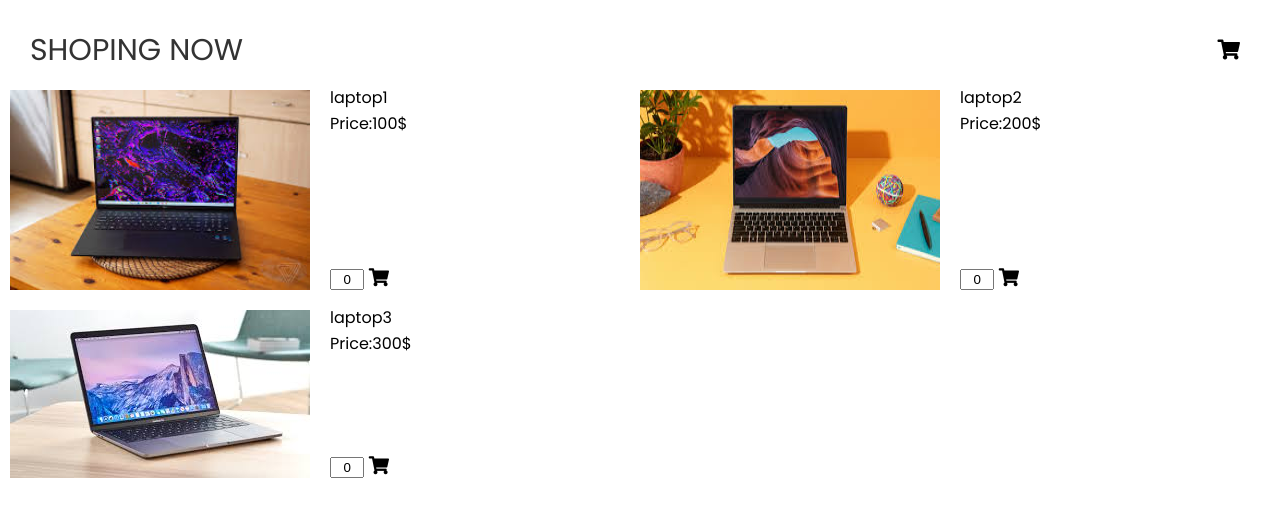
Repository: nttthao9/shopingcart
Page: index.html
These files come from the project's save history. The page is drawn as it stood at one moment and after the next save; the edit follows.
The browser window is 1280 px wide. The pictures show the whole page.
Some web libraries are served in a nearby version.

Above is the page before, as saved 2021-10-04 14:48:43.

### index.html
<!DOCTYPE html>
<html lang="en">

<head>
  <meta charset="UTF-8">
  <meta http-equiv="X-UA-Compatible" content="IE=edge">
  <meta name="viewport" content="width=device-width, initial-scale=1.0">
  <title>Shoping Cart</title>
  <link rel="preconnect" href="https://fonts.googleapis.com">
  <link rel="preconnect" href="https://fonts.gstatic.com" crossorigin>
  <link href="https://fonts.googleapis.com/css2?family=Poppins:wght@300;400;500;600&display=swap" rel="stylesheet">
  <link rel="stylesheet" href="https://cdnjs.cloudflare.com/ajax/libs/font-awesome/5.1.0-11/css/all.css"
    integrity="sha512-xO/VZFNBvip9IT+BD6Nq/pHdBvKeFcwygKqARlegjQ+5A68KsMSYrPbGP1oYow5ec9Tqq8peJXcn5J1bD4O00w=="
    crossorigin="anonymous" referrerpolicy="no-referrer" />
  <link rel="stylesheet" href="./styles/reset.css">
  <link rel="stylesheet" href="./styles/style.css">
</head>

<body>
  <div class="shoping">
    <div class="shoping-bar">
      <h2 class="shoping-title">Shoping now</h2>
      <div class="shoping-cart">
        <i class="fas fa-shopping-cart"></i>
      </div>
    </div>
    <div class="product-list">
      <!-- <div class="product-item">
        <img src="./images/laptop1.jpg" alt="" class="product-image">
        <div class="product-desc">
          <span class="product-name">Laptop1</span>
          <span>Price:<span class="product-price">100$</span></span>
          <div class="product-buy">
            <input type="number" name="" id="" class="product-count" value="0" min="0">
            <i class="fas fa-shopping-cart cart-icon"></i>
          </div>
        </div>
      </div> -->
    </div>
  </div>
  <script src="./main.js"></script>
</body>

</html>

### styles/style.css
* {
  box-sizing: border-box;
}
html {
  font-size: 62.5%;
}
image {
  display: block;
  max-width: 100%;
}
input::-webkit-outer-spin-button,
input::-webkit-inner-spin-button {
  -webkit-appearance: none;
  margin: 0;
}
input[type='number'] {
  -moz-appearance: textfield;
}
body {
  font-family: 'Poppins', sans-serif;
  line-height: 1;
  font-size: 1.6rem;
}
.shoping {
  padding: 1rem;
}
.shoping-bar {
  display: flex;
  align-items: center;
  justify-content: space-between;
  padding: 2rem;
}
.shoping-title {
  font-size: 3rem;
  color: #333;
  text-transform: uppercase;
}
.shoping-cart {
  font-size: 2rem;
  padding: 1rem;
  cursor: pointer;
}
.product-list {
  display: flex;
  justify-content: space-between;
  flex-wrap: wrap;
}
.product-item {
  width: 50%;
  display: flex;
  margin-bottom: 2rem;
}
.product-name {
  display: block;
  margin-bottom: 1rem;
}
.product-price {
  display: inline-block;
  margin-bottom: 1rem;
}
.product-desc {
  margin-left: 2rem;
  display: flex;
  flex-direction: column;
}
.product-count {
  width: 15%;
  text-align: center;
}
.product-buy {
  margin-top: auto;
}
.cart-icon {
  display: inline-block;
  font-size: 1.8rem;
  cursor: pointer;
  margin-right: 2rem;
}
.product-image {
  width: 30rem;
  overflow: hidden;
}

### main.js
const listItem = [
  {
    id: 1,
    name: 'laptop1',
    image: './images/laptop1.jpg',
    price: 100,
  },
  {
    id: 2,
    name: 'laptop2',
    image: './images/laptop2.jpg',
    price: 200,
  },
  {
    id: 3,
    name: 'laptop3',
    image: './images/laptop3.jpg',
    price: 300,
  },
];

const nameProduct = listItem.map((item) => Object.values(item));
console.log(nameProduct);
window.addEventListener('load', function () {
  const productList = document.querySelector('.product-list');
  const productId = listItem.map((item) => item.id);
  console.log(productId);
  const productName = listItem.map((item) => item.name);
  console.log(productName);
  const productPrice = listItem.map((item) => item.price);
  console.log(productPrice);
  function createProductItem(name, productName, productPrice) {
    const template = `<div class="product-item">
    <img src="./images/${name}.jpg" alt="" class="product-image">
    <div class="product-desc">
      <span class="product-name">${productName}</span>
      <span>Price:<span class="product-price">${productPrice}$</span></span>
      <div class="product-buy">
        <input type="number" name="" id="" class="product-count" value="0" min="0">
        <i class="fas fa-shopping-cart cart-icon"></i>
      </div>
    </div>
    </div>`;
    productList.insertAdjacentHTML('beforeend', template);
  }
  for (let i = 0; i < listItem.length; i++) {
    createProductItem(productName[i], productName[i], productPrice[i]);
  }
});

Loaded but not shown: styles/reset.css (common file)

After the next save:
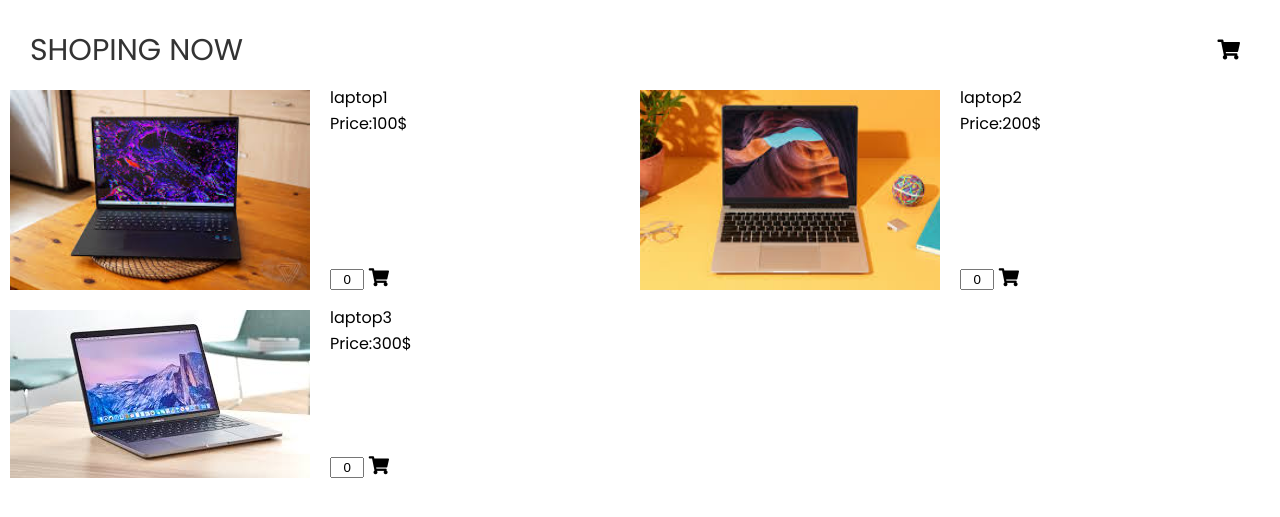
Saved 14 s later.
--- a/styles/style.css
+++ b/styles/style.css
@@ -79,4 +79,6 @@ body {
 .product-image {
   width: 30rem;
   overflow: hidden;
+  -o-object-fit: cover;
+     object-fit: cover;
 }
